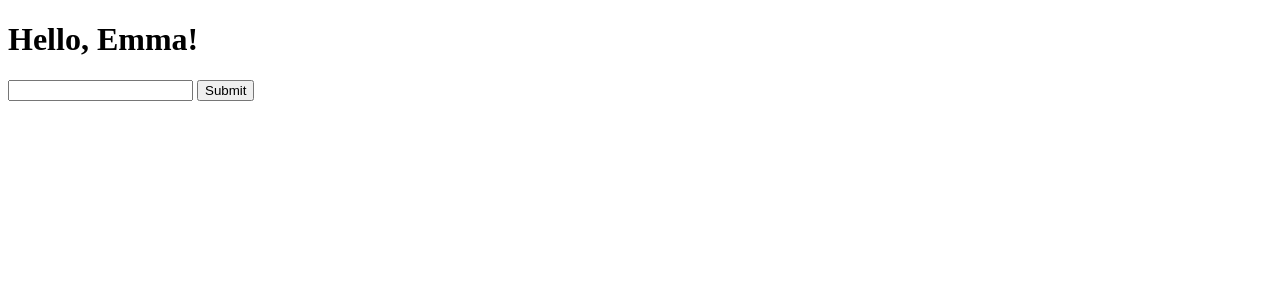
Repository: mpaya5/CS50x
Page: http://localhost/
The author's editor kept a record of every edit. The page is drawn from the files as they stood at one moment, then again after the next edit.
The browser window is 1280 px wide. The pictures show the whole page.
The page is served by the project's application, run on Flask 3 (pruebaFlask/hello/application.py).

Above is the page before.

### pruebaFlask/hello/templates/index.html
<!DOCTYPE html>
<html lang="en">
<head>
    <meta charset="UTF-8">
    <meta name="viewport" content="width=device-width, initial-scale=1.0">
    <title>Hello!</title>
</head>
<body>
    <h1>Hello, {{ name }}!</h1>
    <form>
        <input type="text">
        <input type="submit">
    </form>
</body>
</html>

### pruebaFlask/hello/application.py
import random

from flask import Flask, render_template

app = Flask(__name__)

@app.route("/")
def index():
    number = random.randint(0, 1)
    return render_template("index.html", name="Emma", number = number)

@app.route("/goodbye")
def bye():
    return "<h1>Goodbye!</h1>"

@app.route("/hello")
def hello():
    request.args.get("name")
    return render_template("hello.html", name=name)

After the next edit:
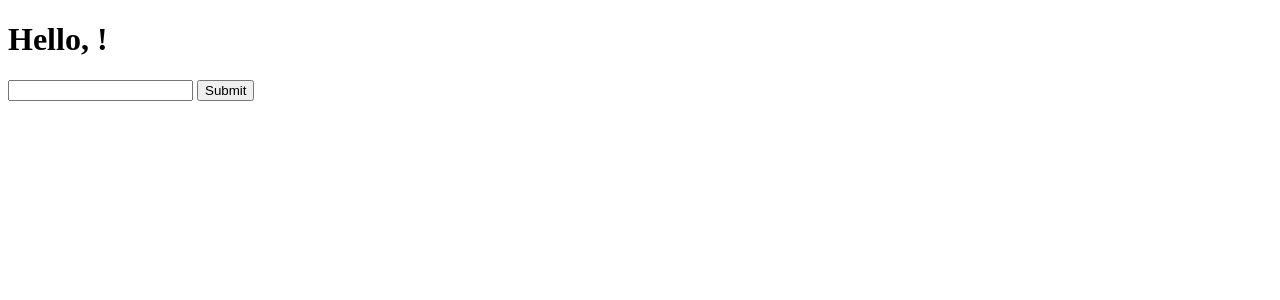
The edit:
--- a/pruebaFlask/hello/application.py
+++ b/pruebaFlask/hello/application.py
@@ -7,7 +7,7 @@
 @app.route("/")
 def index():
     number = random.randint(0, 1)
-    return render_template("index.html", name="Emma", number = number)
+    return render_template("index.html", number = number)
 
 @app.route("/goodbye")
 def bye():
